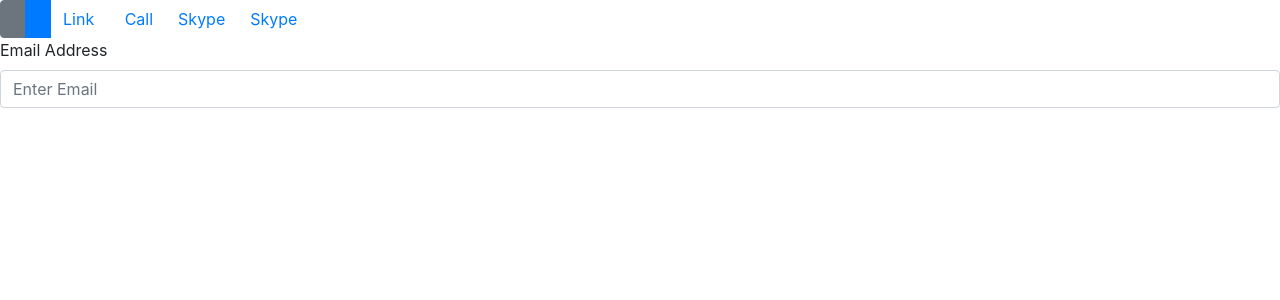
Repository: HwZau/conFusion
Page: index2.html
An editor plug-in stored every save of this project. The page is shown before and after the next save, followed by the edit.
The browser window is 1280 px wide. The pictures show the whole page.

Above is the page before, as saved 2022-05-19 09:13:21.

### index2.html
<head>
    <meta charset="utf-8" />
    <meta name="viewport" content="width=device-width, initial-scale=1, shrink-to-fit=no" />
    <meta http-equiv="x-ua-compatible" content="ie=edge" />
    <title>Button Review</title>
    <link rel="stylesheet" href="node_modules/bootstrap/dist/css/bootstrap.min.css" />
    <link rel="stylesheet" href="css/style.css" />
</head>

<body>
    <div class="btn-group" role="group" aria-label="Basic Example">
        <button class="btn btn-secondary"></button>
        <button class="btn btn-primary"></button>
        <a href="#" class="btn btn-link">Link</a>
    </div>
    <div class="btn-group" role="group">
        <a href="#" class="btn" role="group"><i class="fa fa-phone"></i> Call</a>
        <a href="#" class="btn" role="group"><i class="fa fa-skype"></i> Skype</a>
        <a href="#" class="btn" role="group"><i class="fa fa-envelope"></i> Skype</a>
    </div>
    <form action="">
        <div class="form-group">
            <label for="e1">Email Address</label>
            <input type="email" class="form-control" id="e1" placeholder="Enter Email">
        </div>

    </form>
</body>

### css/style.css

.row-header {
	margin: 0px auto;
	padding: 0px auto;
}

.row-content {
	margin: 0 auto;
	padding: 50px 0px 50px 0px;
	border-bottom: 1px ridge;
	min-height: 400px;
}

.footer {
	background-color: #D1C4E9;
	margin: 0px auto;
	padding: 20px 0px 20px 0px;
}

.jumbotron {
	padding: 70px 30px 70px 30px;
	margin: 0px auto;
	background: #9575CD;
	color: floralwhite;
}

address {
	font-size: 90%;
	margin: 0px;
	color:#0f0f0f;
}

Loaded but not shown: node_modules/bootstrap/dist/css/bootstrap.min.css (library)

After the next save:
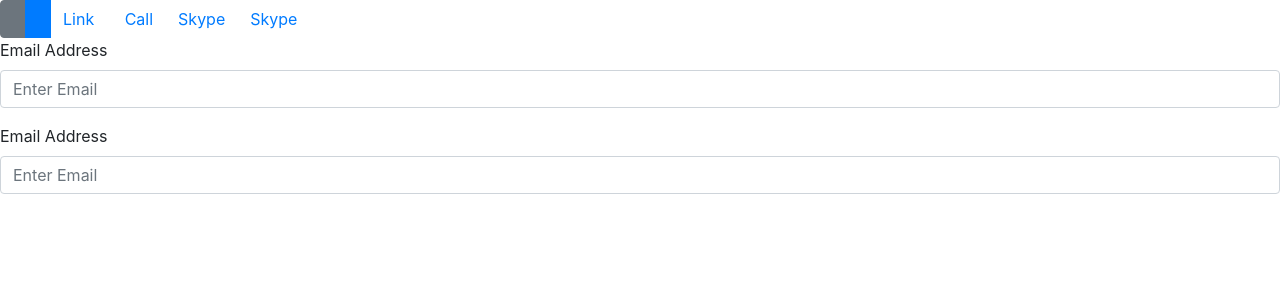
Saved 10 s later.
--- a/index2.html
+++ b/index2.html
@@ -23,6 +23,9 @@
             <label for="e1">Email Address</label>
             <input type="email" class="form-control" id="e1" placeholder="Enter Email">
         </div>
-
+        <div class="form-group">
+            <label for="e1">Email Address</label>
+            <input type="email" class="form-control" id="e1" placeholder="Enter Email">
+        </div>
     </form>
 </body>
